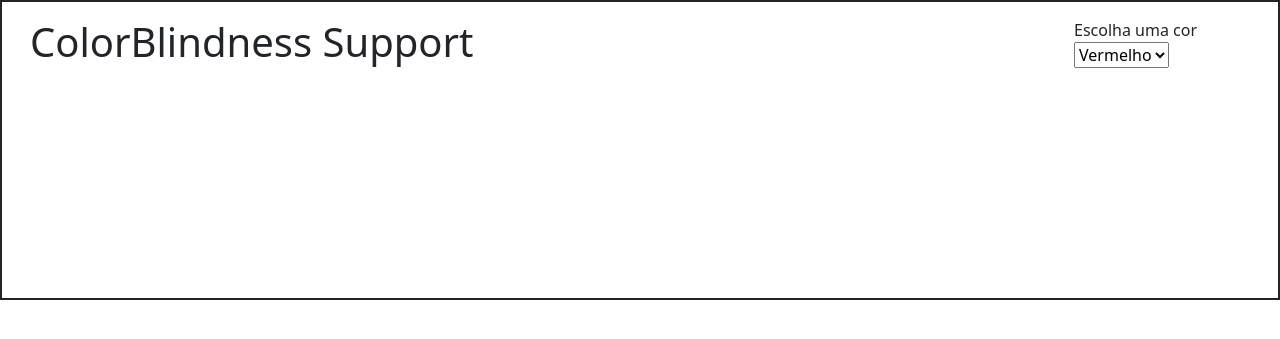
Repository: pedrosiqueira/daltonchrome
Page: popup.html
An editor plug-in stored every save of this project. The page is shown before and after the next save, followed by the edit.
The browser window is 1280 px wide. The pictures show the whole page.

Above is the page before, as saved 2022-06-17 13:01:22.

### popup.html
<!DOCTYPE html>
<html>

<head>
    <meta charset="utf-8" />
    <link href="css/vendor/bootstrap.min.css" rel="stylesheet" crossorigin="anonymous">
    <link rel="stylesheet" type="text/css" href="css/popup.css" />
</head>

<body class="p-3 d-flex border border-dark border-2 ">

    <div class="container flex">

        <h1> ColorBlindness Support </h1>

        <!--
        <div class="form-check form-switch col">
            <input class="form-check-input" type="checkbox" id="flexSwitchCheckChecked">
            <label class="form-check-label" for="flexSwitchCheckChecked" id="MeuSwitch">Ativar extensão</label>
        </div>

        <button id="meubotao" type="button" class="btn row w-10 h-15 btn-dark">
            Clique-me
        </button>
    -->

    </div>

    <div class="flex-container">
        <label for="cores">Escolha uma cor</label>

        <select name="cores" id="cores">
            <option value="red">Vermelho</option>
            <option value="green">Verde</option>
            <option value="blue">Azul</option>
        </select>
    </div>

    <script src="js/vendor/jquery-3.6.0.min.js"></script>
    <script src="js/vendor/bootstrap.bundle.min.js"></script>
    <script src="js/popup.js"></script>
</body>

</html>

### css/popup.css
body {
    min-width:600px;
    min-height:300px;
}

#table-wrapper {
    position:relative;
    white-space: nowrap;
}
#table-scroll {
    overflow:auto;
    margin-top:20px;
}
#table-wrapper table {
    width:100%;

}

#table-wrapper table thead th .text {
    position:absolute;
    top:-20px;
    z-index:2;
    height:20px;
    width:35%;
    border:1px solid red;
}

#table-wrapper table tbody td{
    border: 1px solid black;
}

### js/popup.js
start()

function start() {
    $("#meubotao").click(umafuncao)
}

function ativar(){
    $("#MeuSwitch")
}


async function umafuncao() {

    // obtém a aba atual
    [currentTab] = await chrome.tabs.query({ active: true, currentWindow: true });

    // envia mensagem para a aba atual
    chrome.tabs.sendMessage(currentTab.id, { nome: "Carol", curso: "TADS", orientador: "pedro" }, callback);


}

// funcao que recebe a resposta da mensagem que foi enviada para alguma aba
function callback(response) {
    console.log("ufa, a mensagem conseguiu chegar!")
    console.log(response)
}

Loaded but not shown: css/vendor/bootstrap.min.css (library); js/vendor/jquery-3.6.0.min.js (library); js/vendor/bootstrap.bundle.min.js (library)

After the next save:
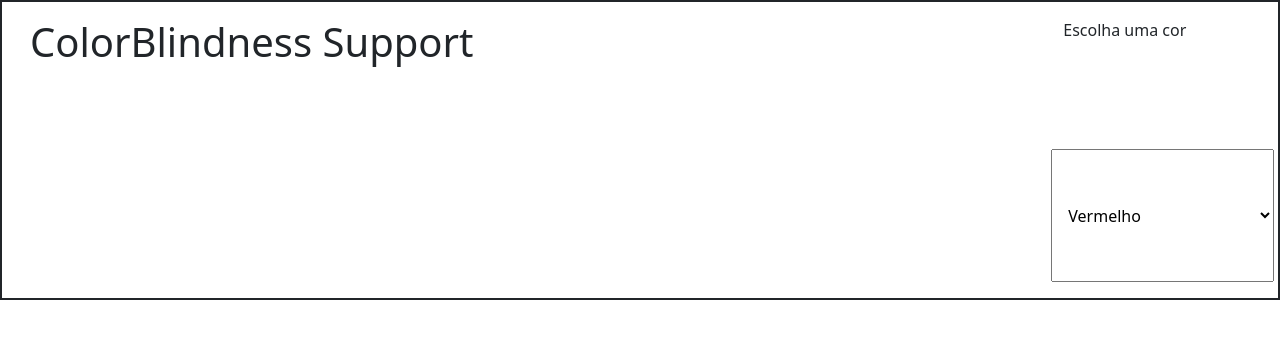
Saved 37 s later.
--- a/popup.html
+++ b/popup.html
@@ -26,7 +26,7 @@
 
     </div>
 
-    <div class="flex-container">
+    <div class="flex-container row">
         <label for="cores">Escolha uma cor</label>
 
         <select name="cores" id="cores">
